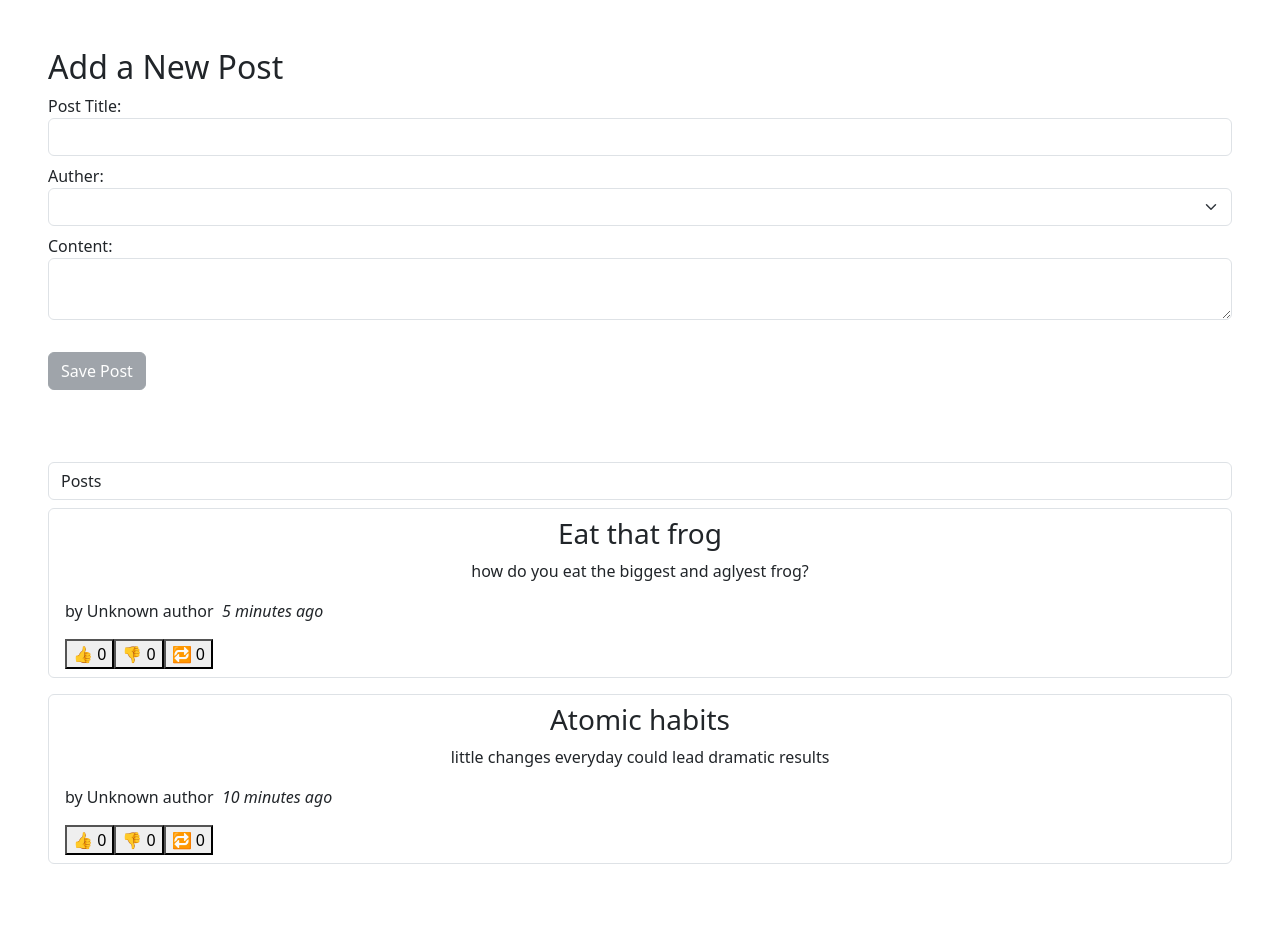
Repository: bekhzodbek231/react-redux-project-
Page: /
An editor plug-in stored every save of this project. The page is shown before and after the next save, followed by the edit.
The browser window is 1280 px wide. The pictures show the whole page.
The project was rebuilt for these pictures with package versions that can differ from the ones it lists, and the page was loaded fresh each time. Also part of the build but not shown: vite.config.js.

Above is the page before, as saved 2023-07-28 23:23:13.

After the next save:
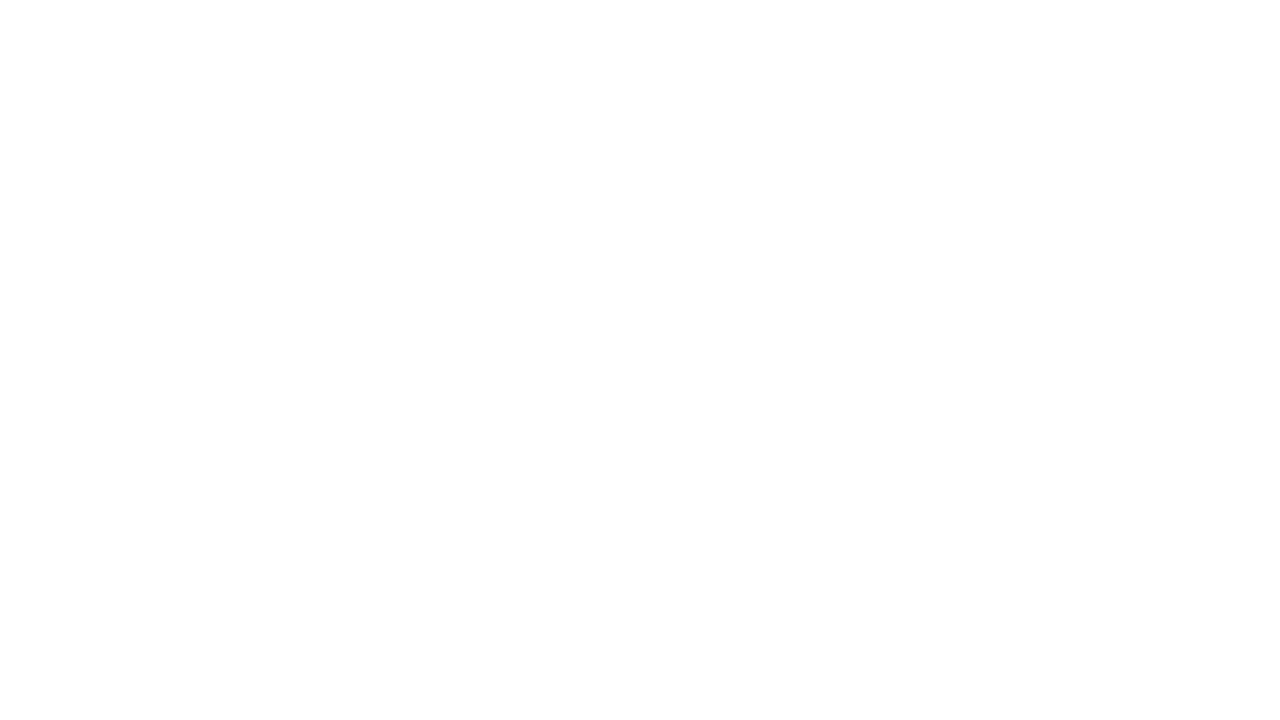
Console error: TypeError: posts.slice is not a function
Saved 2 h 13 min later.
--- a/src/features/posts/postsSlice.js
+++ b/src/features/posts/postsSlice.js
@@ -1,30 +1,11 @@
 import { createSlice, nanoid } from "@reduxjs/toolkit";
 import { sub } from "date-fns";
 
-const initialState = [
-  {
-    id: "1",
-    title: "Atomic habits",
-    content: "little changes everyday could lead dramatic results",
-    date: sub(new Date(), { minutes: 10 }).toISOString(),
-    reactions: {
-      liked: 0,
-      disliked: 0,
-      comments: 0,
-    },
-  },
-  {
-    id: "2",
-    title: "Eat that frog",
-    content: "how do you eat the biggest and aglyest frog?",
-    date: sub(new Date(), { minutes: 5 }).toISOString(),
-    reactions: {
-      liked: 0,
-      disliked: 0,
-      comments: 0,
-    },
-  },
-];
+const initialState = {
+  posts: [],
+  status: "idle",
+  error: null,
+};
 
 const postsSlice = createSlice({
   name: "posts",

After the save that followed:
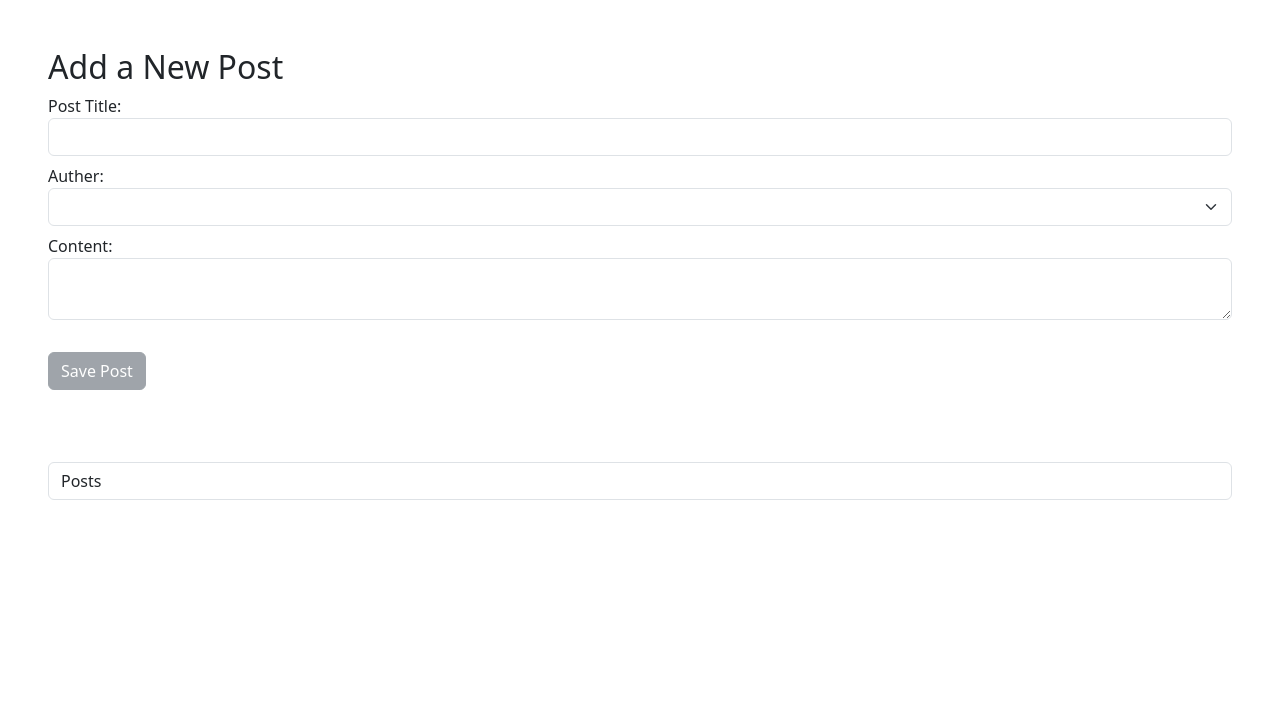
The error is gone.
Saved 5 min 29 s later.
--- a/src/features/posts/postsSlice.js
+++ b/src/features/posts/postsSlice.js
@@ -1,5 +1,7 @@
-import { createSlice, nanoid } from "@reduxjs/toolkit";
+import { createSlice, nanoid, createAsyncThunk } from "@reduxjs/toolkit";
 import { sub } from "date-fns";
+
+const POSTS_URL = "https://jsonplaceholder.typicode.com/posts";
 
 const initialState = {
   posts: [],
@@ -13,7 +15,7 @@
   reducers: {
     postAdded: {
       reducer(state, action) {
-        state.push(action.payload);
+        state.posts.push(action.payload);
       },
 
       prepare(title, content, userId) {
@@ -35,7 +37,7 @@
     },
     reactionAdded(state, action) {
       const { postId, reaction } = action.payload;
-      const existingPosts = state.find((post) => post.id === postId);
+      const existingPosts = state.posts.find((post) => post.id === postId);
       if (existingPosts) {
         existingPosts.reactions[reaction]++;
       }
@@ -43,6 +45,6 @@
   },
 });
 
-export const selectAllPosts = (state) => state.posts;
+export const selectAllPosts = (state) => state.posts.posts;
 export const { postAdded, reactionAdded } = postsSlice.actions;
 export default postsSlice.reducer;
